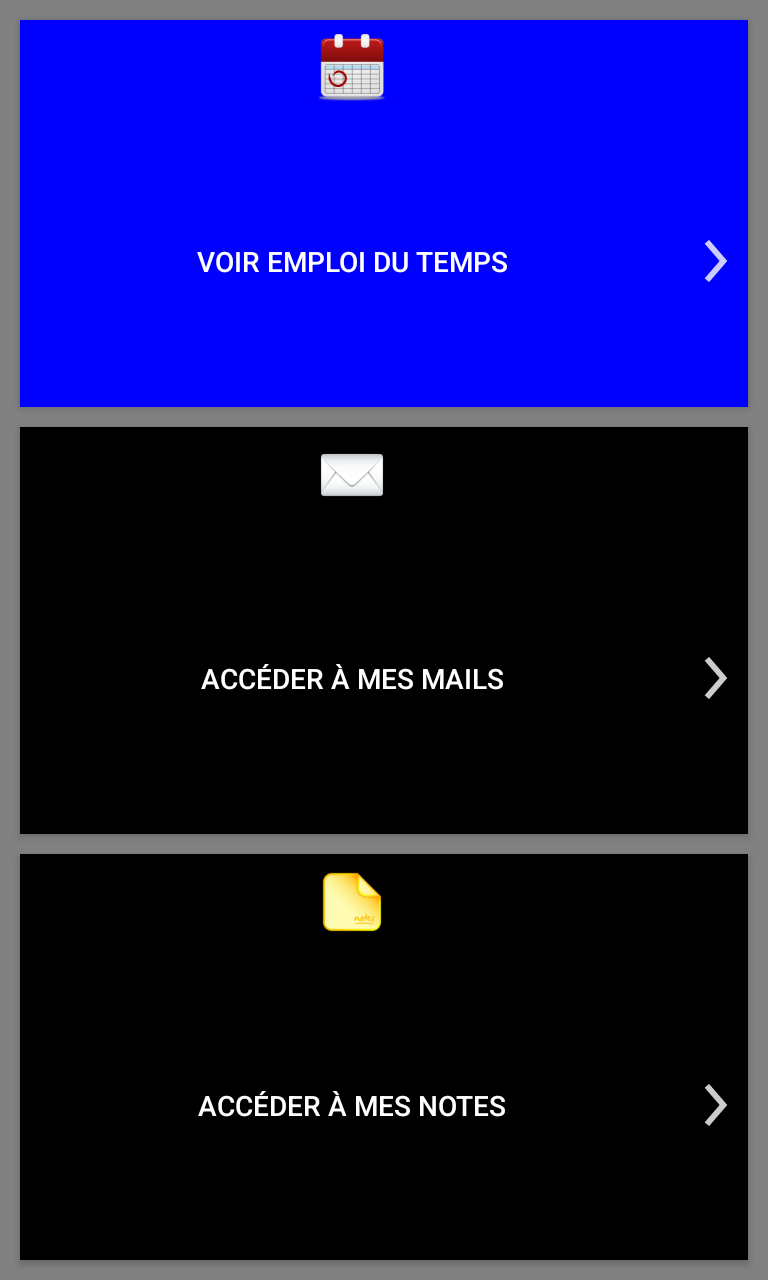
Repository: cpluuuusplus/WhoWantsKitKat
Layout: AppliPlus/res/layout/activity_menu_pamplemousse.xml
These files come from the project's save history. The layout is drawn as it stood at one moment and after the next save; the edit follows.
It is drawn on a 768 x 1280 px phone screen (xhdpi) without system bars, with theme Theme.AppCompat.Light; the app's code is not run.

Above is the layout before, as saved 2014-05-12 15:40:04.

After the next save:
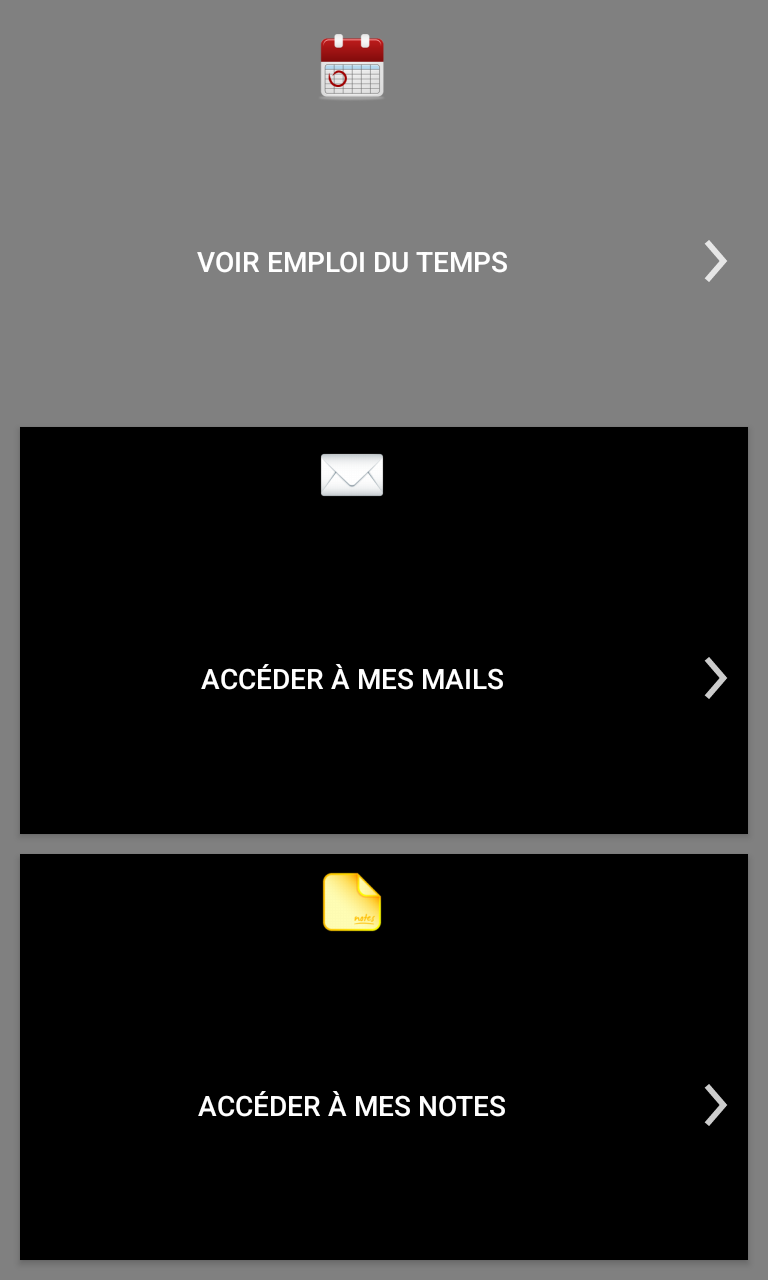
Saved 25 s later.
--- a/AppliPlus/res/layout/activity_menu_pamplemousse.xml
+++ b/AppliPlus/res/layout/activity_menu_pamplemousse.xml
@@ -11,8 +11,7 @@
         android:layout_height="fill_parent"
         android:layout_margin="10dp"
         android:layout_weight="1"
-        android:background="@drawable/button_shape"
-        android:background="@color/blue"
+        android:background="@drawable/button_shape|@color/blue"
         android:drawableRight="@drawable/ic_action_next_item"
         android:drawableTop="@drawable/calendar"
         android:onClick="onClickPampViewer"
